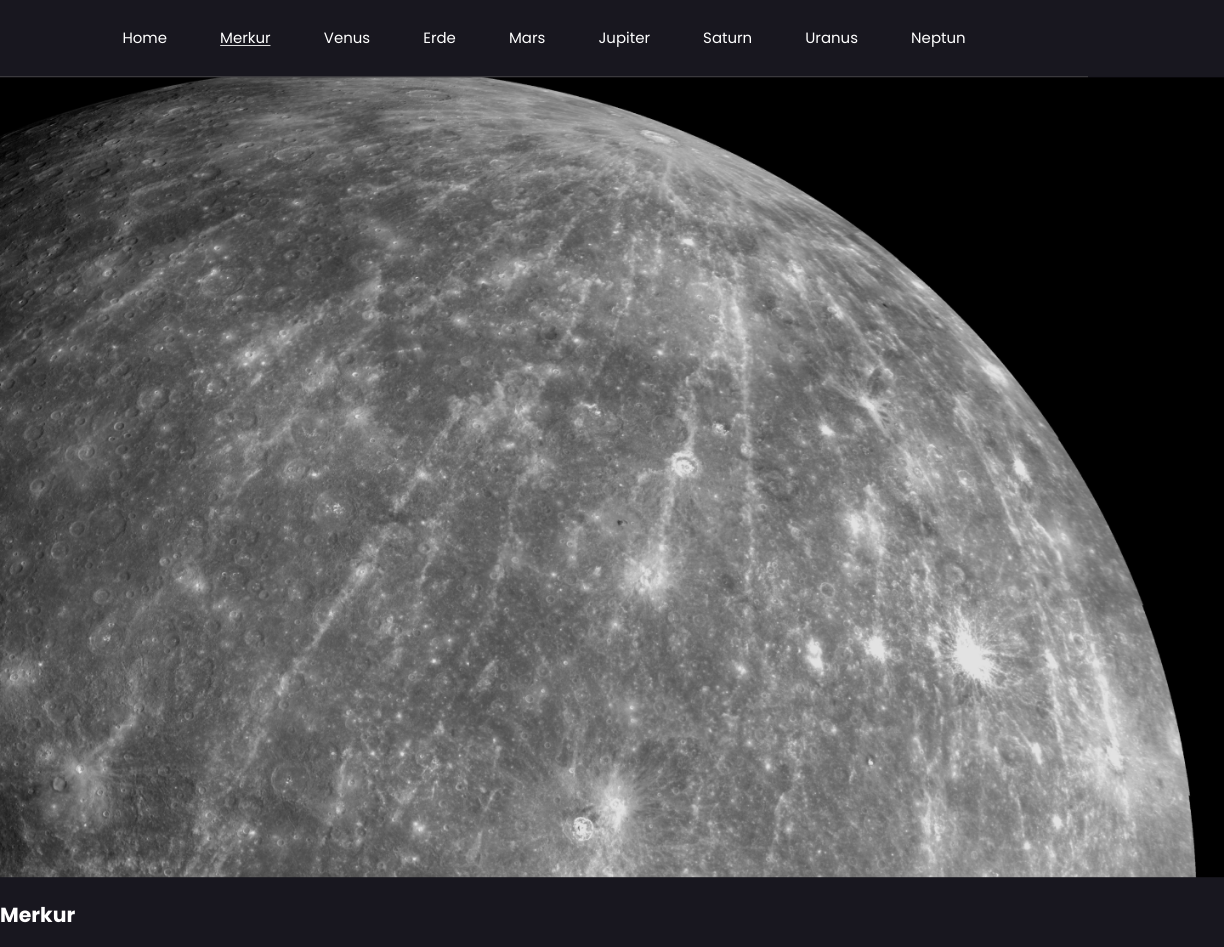
Repository: moreno-livak/solar
Page: dist/html/merkur.html
These files come from the project's save history. The page is drawn as it stood at one moment and after the next save; the edit follows.
The browser window is 1280 px wide. The page is 1440 px wide, then 1280 px, so the pictures cover 1440 px, including what lies to the right of the window. The pictures show the whole page, at 85% of full size.
The style sheet was rebuilt from its Sass, Less or Tailwind sources for each picture, by a compiler version that may differ from the author's.

Above is the page before, as saved 2022-05-07 12:37:33.
Console error: TypeError: Cannot read properties of null (reading 'getAttribute')

### dist/html/merkur.html
<!DOCTYPE html>
<html>
  <head>
    <!-- Poppins -->
    <link rel="preconnect" href="https://fonts.googleapis.com">
    <link rel="preconnect" href="https://fonts.gstatic.com" crossorigin>
    <link href="https://fonts.googleapis.com/css2?family=Poppins:ital,wght@0,300;0,400;0,500;0,600;0,700;1,300;1,400;1,500;1,600;1,700&display=swap" rel="stylesheet">
    <!-- Playfair Display -->
    <link rel="preconnect" href="https://fonts.googleapis.com">
    <link rel="preconnect" href="https://fonts.gstatic.com" crossorigin>
    <link href="https://fonts.googleapis.com/css2?family=Playfair+Display:wght@700&display=swap" rel="stylesheet">
    <!-- Erscheinungsbild -->
    <link rel="icon" href="../assets/merkur/Merkur_Icon.png">
    <title>Merkur</title>
    <link href="../css/home.css" rel="stylesheet">
  </head>

  <body>
    <nav>
      <ul class="second-nav">
          <li><a href="../index.html">Home</a></li>
          <div class="openMenu"><img class="burger" src="../assets/Menu-Icon.svg" alt="Menu"></div>
      </ul>
      <ul class="mainMenu">
          <li><a class="home" href="../index.html">Home</a></li>
          <li><a class="active margin" href="merkur.html">Merkur</a></li>
          <div class="menu-vl"></div>
          <li><a href="">Venus</a></li>
          <div class="menu-vl"></div>
          <li><a href="">Erde</a></li>
          <div class="menu-vl"></div>
          <li><a href="">Mars</a></li>
          <div class="menu-vl"></div>
          <li><a href="">Jupiter</a></li>
          <div class="menu-vl"></div>
          <li><a href="">Saturn</a></li>
          <div class="menu-vl"></div>
          <li><a href="">Uranus</a></li>
          <div class="menu-vl"></div>
          <li><a href="">Neptun</a></li>
          <div class="closeMenu"><img class="exit" src="../assets/Exit-Menu.svg" alt="Exit"></div>
      </ul>
  </nav>


  <section class="header">
    <img src="../assets/Merkur/Merkur-Header.png" alt="Merkur-Header">
    <h1>Merkur</h1>
  </section>




  <script src="../scripts/merkur.js"></script>
</body>
</html>

### src/scss/home.scss
/*Variablen*/

$left-margin: 9rem;
$base-font-size: 1.1rem;
$transition: .4s;
$main-title: 3.5rem;
$h1: 2.8rem;
$h2: 2.4rem;




/*Scrollbar*/

::-webkit-scrollbar{
    width: .7em;
} // Dicke

::-webkit-scrollbar-track{
    background-color: #242230;
} // Hintergrundfrabe

::-webkit-scrollbar-thumb{
    border-radius: 5px;
    background-color:#312f3f;
    &:hover{
        background-color: #383647;
    }
} // Thumb zum Scrollen




body {
    background: #18171F;
    margin: 0;
    font-family: 'Poppins';
    color: white;
    max-width: 100%;
    overflow-x: hidden;
}



/*Navigation*/

nav {
    border-bottom: 1px #5D5D5D solid;
    .second-nav{
        display: none;
    }

    .menu-vl{
        display: none;
    }

    .openMenu{
        display: none;
    }

    .closeMenu{
        display: none;
    }

    ul{
        margin: 2rem $left-margin 2rem $left-margin;
        display: flex;
        justify-content: space-between;
        li{
            list-style-type: none;
            margin-left: -2.5em;
            a{
                border: none;
                color: white;
                font-size: $base-font-size;
                font-weight: medium;
                text-decoration: none;
                display: inline-block;
                position: relative;
                clip-path: polygon(0 0, 100% 0, 100% 100%, 0% 100%);
                &:before, &:after {
                    position: absolute;
                    content: '';
                    border-bottom: 2px solid rgb(255, 255, 255);
                    border-radius: 0em;
                    bottom: .1em;
                    transition: transform .8s cubic-bezier(0.075, 0.82, 0.165, 1);
                }

               &:before {
                    width: 0.01em;
                    margin-left: -.1em;
                    transform-origin: left;
                }

                &:hover:before {
                    margin-left: 0em;
                    transform: scaleX(88);
                }
            }
            .active{
                text-decoration: underline;
                color: #ffffff;
                text-underline-offset: 0.14em;
            }
        }
    }
}





/*Header*/

header{
    justify-content: space-between;
    display: flex;
    .left{
        float:left;
        margin: 8rem 0 0 $left-margin;
        h1{
            font-family: 'Playfair+Display';
            font-size: $main-title;
            width: 10em;
        }
        p{
            font-size: $base-font-size;
            margin-right: 3rem;
        }
        .cta{
            display: flex;
            background: #242230;
            border-radius: 10px;
            margin-top: 2.5rem;
            width: 19.5rem;
            a{
                background: #FDB513;
                margin-right: 1em;
                padding: .5em 1em .5em 1em;
                border-radius: 8px;
                color: #18171F;
                font-weight: bold;
                font-size: $base-font-size;
                text-decoration: none;
                margin: .5em;
                transition: $transition;
            }
            a:hover{
                margin: 0;
                padding: 1em 1.5em 1em 1.5em;
                transition: $transition;
            }
            p{
                margin: auto 1rem auto 1rem;
                font-size: $base-font-size;
            }
        }
    }
    img{
        margin-top: 3em;
        float:right;
    }
}




/*Quikfacts*/

section.quik-facts{
    margin: 6rem 18rem 6rem 18rem;
    display: flex;
    flex-wrap: wrap;
    justify-content: space-between;
    .quik-fact{
        display: flex;
        margin: 0 2rem 0 2rem;
        p.number{
            font-family: 'Playfair';
            font-size: 3.5rem;
            font-weight: bold;
            color: #ffffff;
            margin: 1rem 1.5rem 0 1.5rem;
        }
        p{
            font-family: 'Poppins';
            color: #BDBDBD;
            font-size: $base-font-size;
        }
    }
}




/*Orbitale Ebene*/

section.orbit{
    margin: 9rem $left-margin 9rem $left-margin;
    h1{
        font-size: $h1;
        font-family: 'Playfair';
        font-weight: bold;
    }

    p{
        font-size: $base-font-size;
        text-align: justify;
        font-weight: 400;
        margin-bottom: 2rem;
    }

    div.content{
        background: #242230;
        border-radius: 10px;
        display: flex;
        padding: .7rem 3rem .7rem .7rem;
        .vl{
            border-left: 3.5px solid #383647;
            margin: auto 2rem auto 2rem;
            height: 6rem;
            border-radius: 10px;
        }
        p{
          font-size: $base-font-size;
          text-align: justify;
          font-weight: 400;
          margin: auto 0 auto 0;
        }
    }

    h2{
        font-size: $h2;
        font-family: 'Playfair';
        font-weight: bold;
        margin-top: 3.5rem;
    }

    .tooltip-dark{
        color: #4884F6;
        cursor: pointer;
        position: relative;
        .tip{
            visibility: hidden;
            width: 200px;
            background-color: #18171F;
            color: #fff;
            text-align: center;
            border-radius: 10px;
            padding: 10px 5px 10px 5px;
            position: absolute;
            display: inline-block;
            bottom: 120%;
            left: 50%;
            margin-left: -110px;
            opacity: 0;
            transition: opacity 0.3s;
            z-index: 1000;
        }
        .tip.active{
            visibility: visible;
            opacity: 1;
        }
    }
    .tooltip-light{
        color: #4884F6;
        cursor: pointer;
        position: relative;
        .tip{
            visibility: hidden;
            width: 245px;
            background-color: #242230;
            color: #fff;
            text-align: center;
            border-radius: 10px;
            padding: 10px 5px 10px 5px;
            position: absolute;
            display: inline-block;
            bottom: 120%;
            left: 50%;
            margin-left: -125px;
            opacity: 0;
            transition: opacity 0.3s;
            z-index: 1000;
        }
        .tip.active{
        visibility: visible;
        opacity: 1;
        }
    }




    /*Tabs*/

    .struggle{
        margin-top: 2rem;
        background: #242230;
        width: 23.9rem;
        border-radius: 10px;
        ul{
            display: flex;
            padding: 0.7rem;
        }
    }
    .tabs .trigger{
        list-style-type: none;
        padding: 10px;
        background: #242230;
        border-radius: 6px;
        display: inline-block;
        padding: 10px 20px;
        cursor: pointer;
    }
    .tabs .trigger.active{
        background: #18171F;
        color: white;
    }
    .tabs .content{
        background: #242230;
        display: none;
    }
    .tabs .content.active{
        display: flex;
        margin-top: 1.5rem;
    }


    .link{
        color: #4884F6;
        text-decoration: none;
    }


    //Trigger
    .dropdown .trigger{
        border: 1px solid #242230;
        border-radius: 10px;
        background: #242230;
        font-size: $base-font-size;
        position: relative;
        cursor: pointer;
        margin: 2rem 0 1em 0;
        padding: 1.5rem;
    }
    .dropdown .trigger.active{
        border: 1px solid #242230;
        border-radius: 10px 10px 0 0;
        background: #242230;
        margin: 2rem 0 0em 0;
    }

    // Symbol
    .dropdown .trigger::after{
        content: ">";
        font-family: 'Arial';
        font-size: large;
        background: #312f3f;
        border-radius: 50%;
        padding: .5rem 2rem .5rem 2rem;
        margin: -.4rem -1.5rem 0rem 0rem;
        right: 1.5rem;
        display: inline-block;
        position: absolute;
        transform: rotate(90deg) scale(0.5, 1);
        font-weight: bold;
        transition: transform 0.3s;
        font-size: 1.2rem;
        font-weight: 400;
    }
    .dropdown .trigger.active::after{
        transform: rotate(-90deg) scale(0.5, 1);
    }

    // Content
    .dropdown .content{
        display: none;
    }
    .dropdown .content.active{
        display: block;
        border: 2px solid #242230;
        background: #18171F;
        font-size: $base-font-size;
        border-radius: 0 0 10px 10px;
        padding: 1.5rem 1.5rem 1.5rem 1.5rem;
        margin-top: -1px;
    }
}



/*Planeten Erkunden*/

.more{
    margin: 3rem $left-margin 4rem $left-margin;
    h1{
        font-size: $h1;
        font-family: 'Playfair';
        font-weight: bold;
    }
    .planets{
        display: grid;
        grid-template-columns: repeat(8, 1fr);
        column-gap: 1.5rem;
        .planet{
            display: grid;
            grid-template-rows: repeat(2, 1fr);
            grid-template-rows: 3rem 4rem;
            place-items: center;
            background: #242230;
            border-radius: 10px;
            text-align: center;
            bottom: 0;
            padding: 1rem 2rem 1rem 2rem;
            text-decoration: none;
            color: #ffffff;
            p{
                margin: 1rem 0 0rem 0;
            }
            img{
                margin: 2rem 0 1rem 0;
                transition: $transition;
            }
        }
        .planet:hover{
            img{
                margin: 1.5rem 0 1.5rem 0;
                transform: rotate(180deg);
                transition: $transition;
            }
        }
    }
}




/*Footer*/
footer{
    margin: $left-margin 0 3rem 0;
    display: flex;
    justify-content: space-around;
    border-top: 1px #5D5D5D solid;
    div{
        margin: 3rem 4rem 0 4rem;
        a{
            margin: 0 2rem 0 2rem;
            text-decoration: none;
            color: #BDBDBD;
            font-size: $base-font-size;
            display: inline-block;
            border: none;
            position: relative;
            clip-path: polygon(0 0, 100% 0, 100% 100%, 0% 100%);
            &:before, &:after {
                position: absolute;
                content: '';
                border-bottom: 2px solid #BDBDBD;
                border-radius: 0em;
                bottom: .1em;
                transition: transform .8s cubic-bezier(0.075, 0.82, 0.165, 1);
            }

           &:before {
                width: 0.01em;
                margin-left: -.1em;
                transform-origin: left;
            }

            &:hover:before {
                margin-left: 0em;
                transform: scaleX(124);
            }
        }
    }
}


/*Other Pages*/


/*Media Queries*/
@import 'home-mq';

Loaded but not shown: src/merkur.js (110 lines, source omitted); src/scss/_home-mq.scss (869 lines, source omitted)

After the next save:
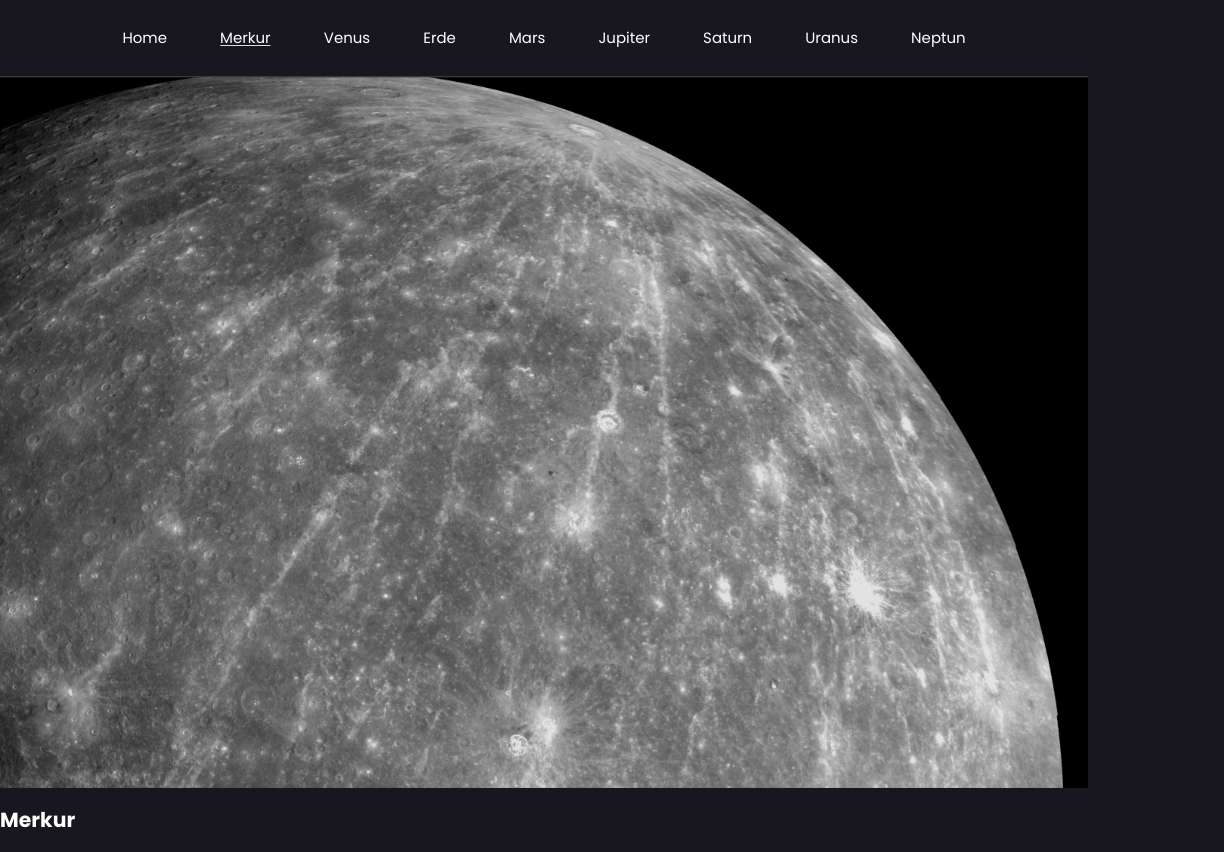
Saved 99 s later.
--- a/src/scss/home.scss
+++ b/src/scss/home.scss
@@ -479,7 +479,39 @@ footer{
 
 
 /*Other Pages*/
-
+div.sketchfab-embed-wrapper{
+    display: grid;
+    place-content: center;
+    iframe{
+        border-radius: 10px;
+        width: 77rem;
+        margin: 1rem auto 1rem auto;
+    }
+  }
+
+  .mercury-gif{
+    transform: rotate(90deg);
+    border-radius: 8px;
+    margin-left: 8rem;
+  }
+
+  .video{
+    border-radius: 8px;
+    margin-left: 8rem;
+    height: 15rem;
+  }
+
+  .header{
+      display: grid;
+
+    img{
+      width: 100%;
+      h1{
+        font-size: $main-title;
+        font-family: 'Playfair'
+      }
+    }
+  }
 
 /*Media Queries*/
 @import 'home-mq';
